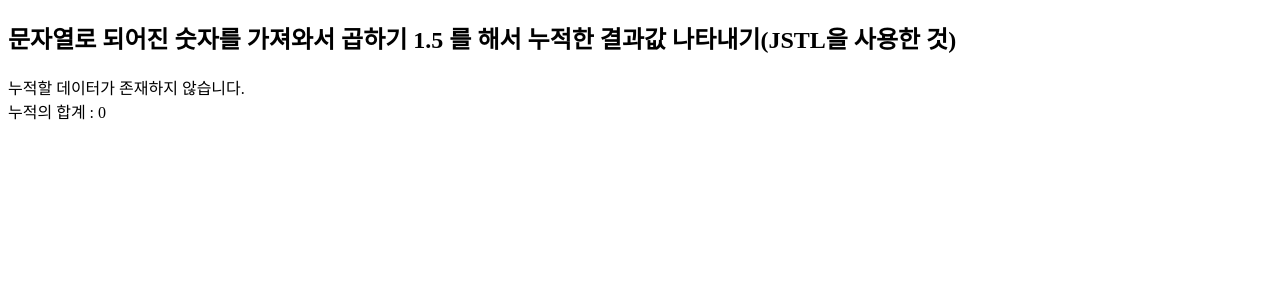
Repository: rudgns6490/Semi_Project
Page: http://localhost/MyWeb/begin/chap08JSTL/10ForEachNumberSumView.jsp
The author's editor kept a copy of each file at every save. The page is drawn from the files as they stood at one save, then again after the next save.
The browser window is 1280 px wide. The pictures show the whole page.
The page is served by Tomcat 9. The template is opened directly, without the code that normally fills it, so the values that code supplies are empty.

Above is the page before, as saved 2019-12-18 02:46:43.

After the next save:
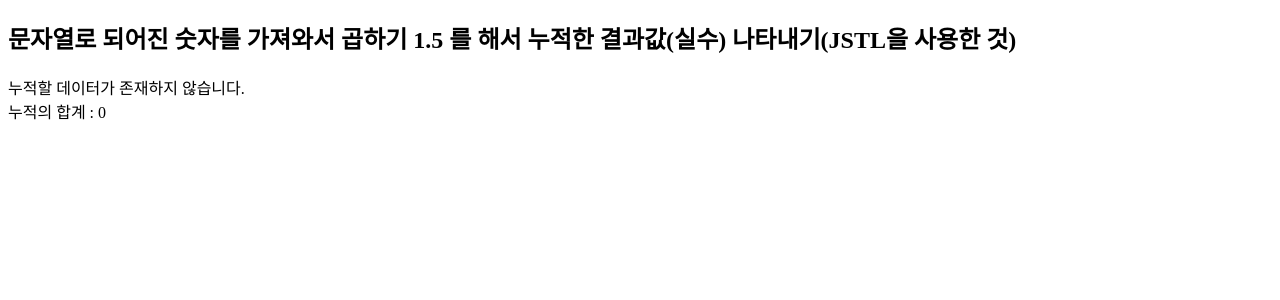
Saved 3 min 19 s later.
--- a/MyWeb/WebContent/begin/chap08JSTL/10ForEachNumberSumView.jsp
+++ b/MyWeb/WebContent/begin/chap08JSTL/10ForEachNumberSumView.jsp
@@ -9,10 +9,10 @@
 <html>
 <head>
 <meta charset="UTF-8">
-<title>문자열로 되어진 숫자를 가져와서 곱하기 1.5 를 해서 누적한 결과값 나타내기</title>
+<title>문자열로 되어진 숫자를 가져와서 곱하기 1.5 를 해서 누적한 결과값(실수) 나타내기</title>
 </head>
 <body>
-    <h2>문자열로 되어진 숫자를 가져와서 곱하기 1.5 를 해서 누적한 결과값 나타내기(JSTL을 사용한 것)</h2>
+    <h2>문자열로 되어진 숫자를 가져와서 곱하기 1.5 를 해서 누적한 결과값(실수) 나타내기(JSTL을 사용한 것)</h2>
 	<c:set var="sum" value="0" />
 	<c:if test="${not empty pointArr}">
 		<ol>
